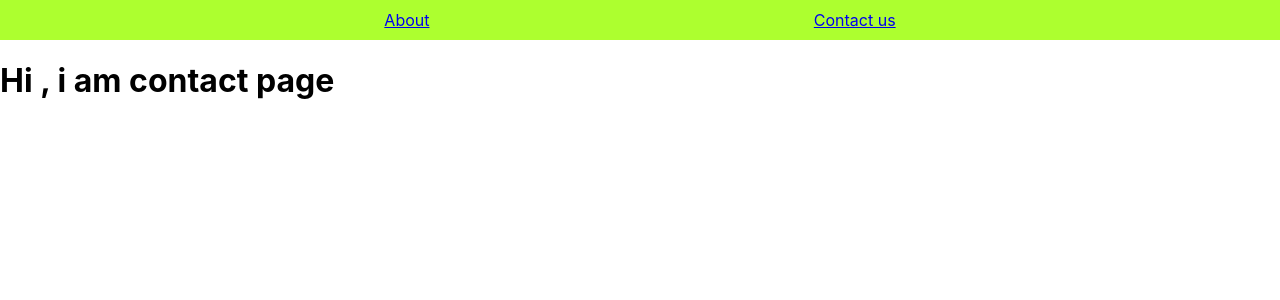
Repository: shah-zx/Pokemon
Page: /contact
The author's editor kept a copy of each file at every save. The page is drawn from the files as they stood at one save, then again after the next save.
The browser window is 1280 px wide. The pictures show the whole page.
The project was rebuilt for these pictures with package versions that can differ from the ones it lists, and the page was loaded fresh each time. Also part of the build but not shown: src/App.css, src/components/ComA.jsx, src/components/About.jsx.

Above is the page before, as saved 2021-11-21 15:07:29.

After the next save:
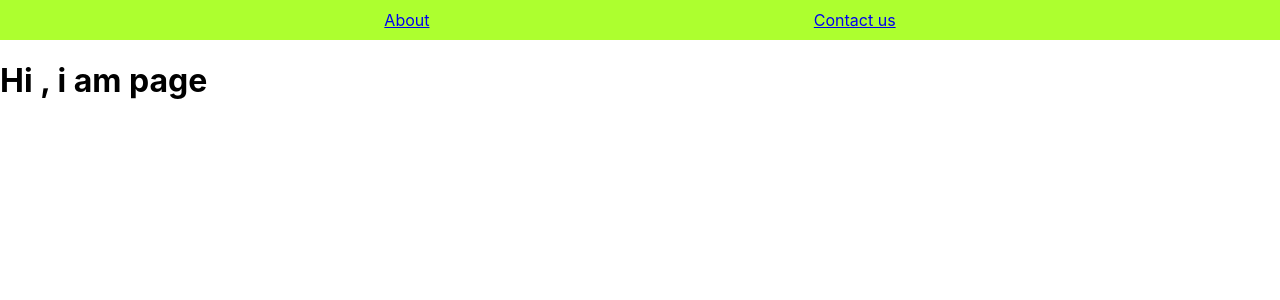
Saved 82 s later.
--- a/src/components/Contact.jsx
+++ b/src/components/Contact.jsx
@@ -1,8 +1,8 @@
 import React from 'react'
-function Contact() {
+function Contact(props) {
     return (
         <div>
-            <h1>Hi , i am contact page</h1>
+            <h1>Hi , i am {props.name} page</h1>
         </div>
     )
 }
